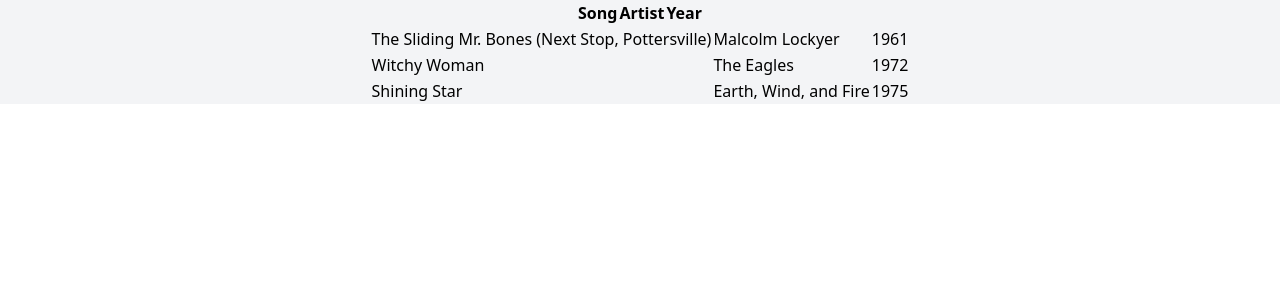
Repository: Semanmernstack/next-13-prisma-crud
Page: /
These files come from the project's save history. The page is drawn as it stood at one moment and after the next save; the edit follows.
The browser window is 1280 px wide. The pictures show the whole page.
The project was rebuilt for these pictures with package versions that can differ from the ones it lists, and the page was loaded fresh each time. The framework's server and built-in components were replaced by stand-ins that run in the browser. Also part of the build but not shown: next.config.js.

Above is the page before, as saved 2023-05-31 06:46:43.

After the next save:
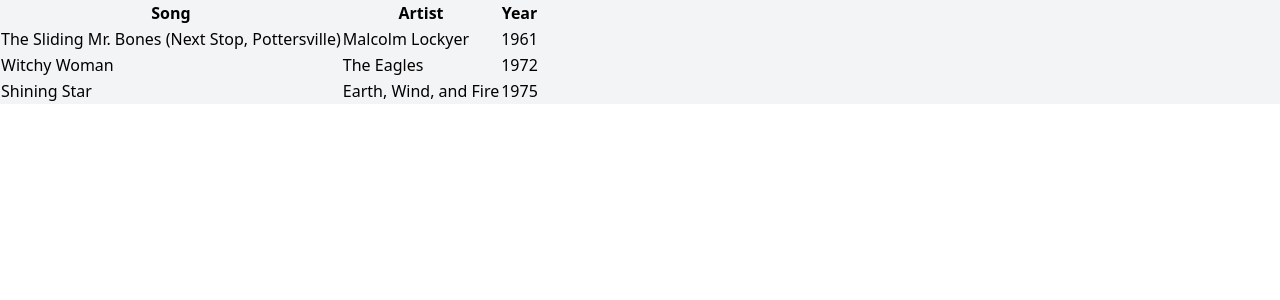
Saved 31 s later.
--- a/app/page.tsx
+++ b/app/page.tsx
@@ -6,7 +6,7 @@
     <main className="bg-gray-100">
       <Link href={'/product'}>
 
-      <table className="flex flex-col items-center justify-between">
+      <table className="max-w-8xl">
         <thead>
           <tr>
             <th>Song</th>
